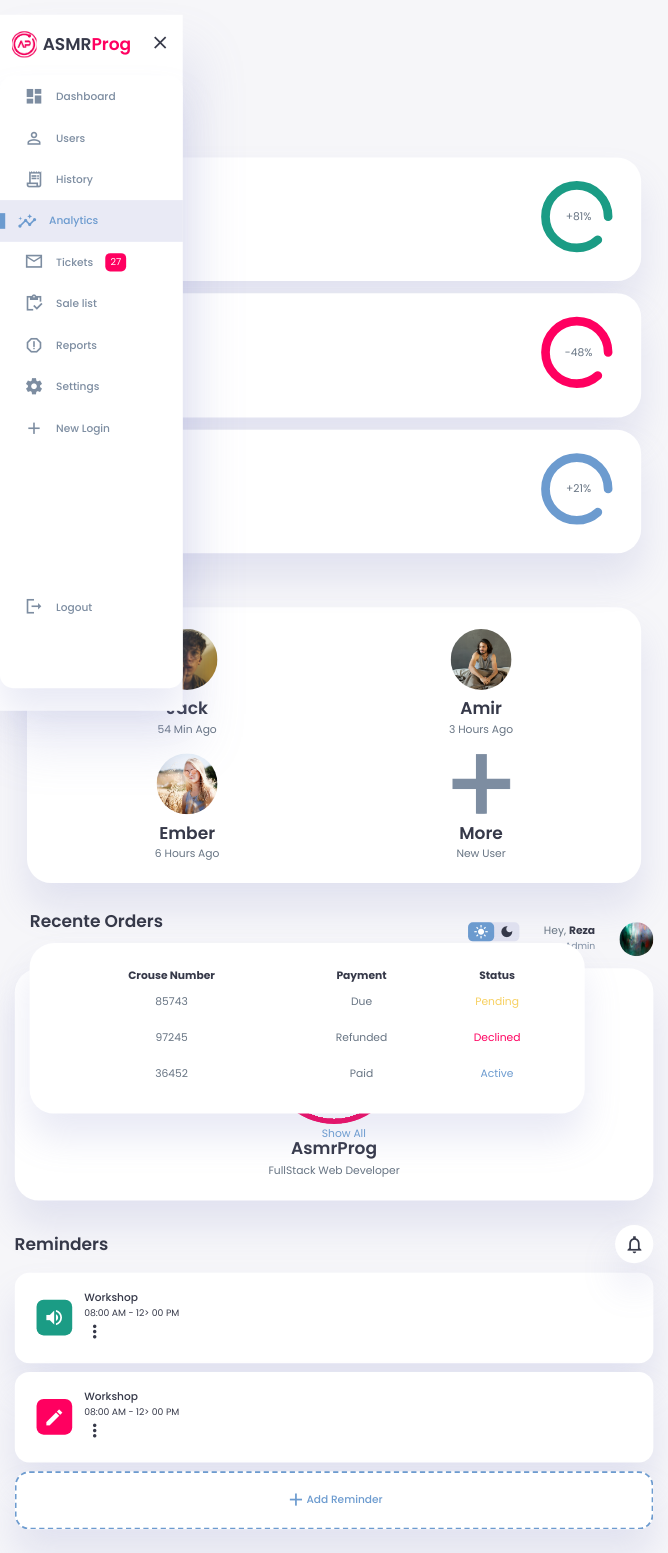
Repository: pheonix5/ProjetosRN-linux
Page: DashBoard/index.html
The author's editor kept a copy of each file at every save. The page is drawn from the files as they stood at one save, then again after the next save.
The browser window is 768 px wide. The pictures show the whole page, at 87% of full size.

Above is the page before, as saved 2023-08-06 03:37:55.

After the next save:
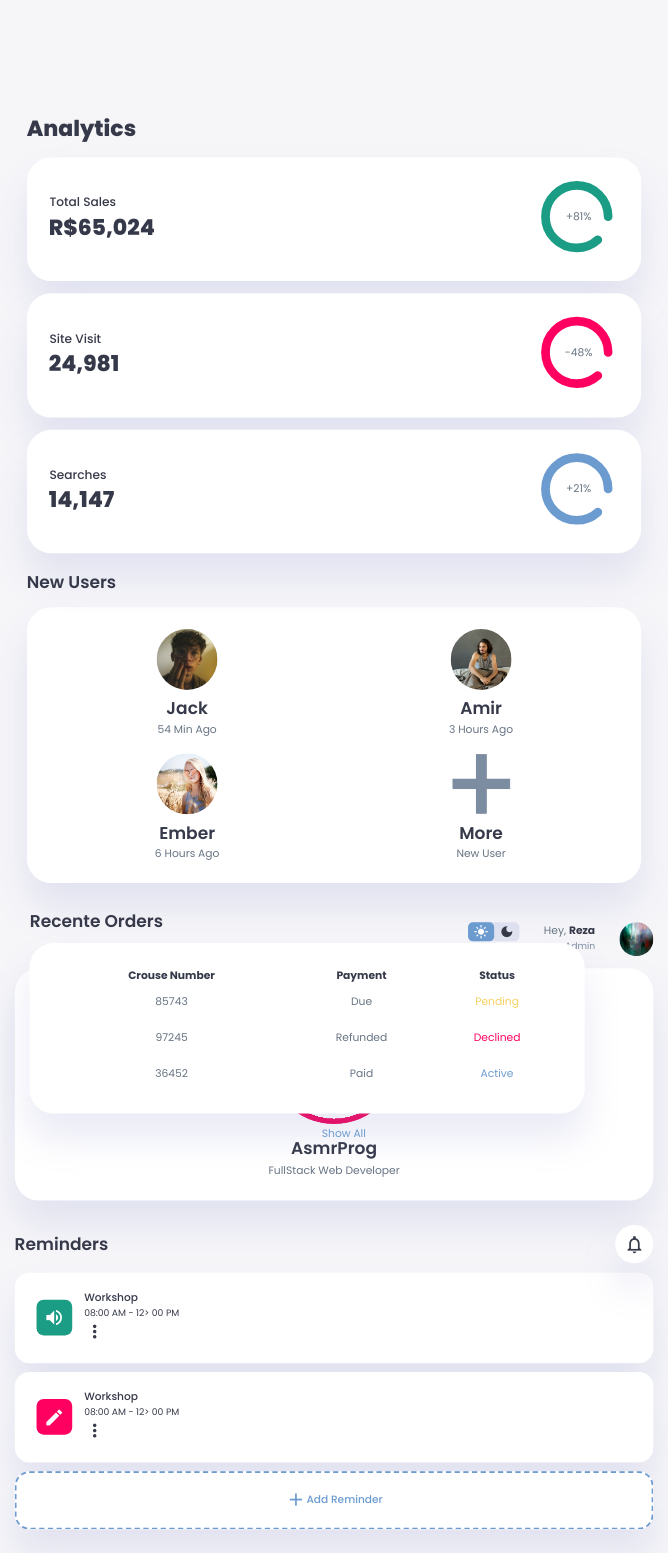
Saved 19 s later.
--- a/DashBoard/style.css
+++ b/DashBoard/style.css
@@ -604,6 +604,8 @@ main .recent-orders a{
     z-index: 3;
     box-shadow: 1rem 3rem 4rem var(--color-light);
     height: 100vh;
+    left: -100%;
+    display: none;
     animation: showMenu 0.4s ease forwards
   }
 
